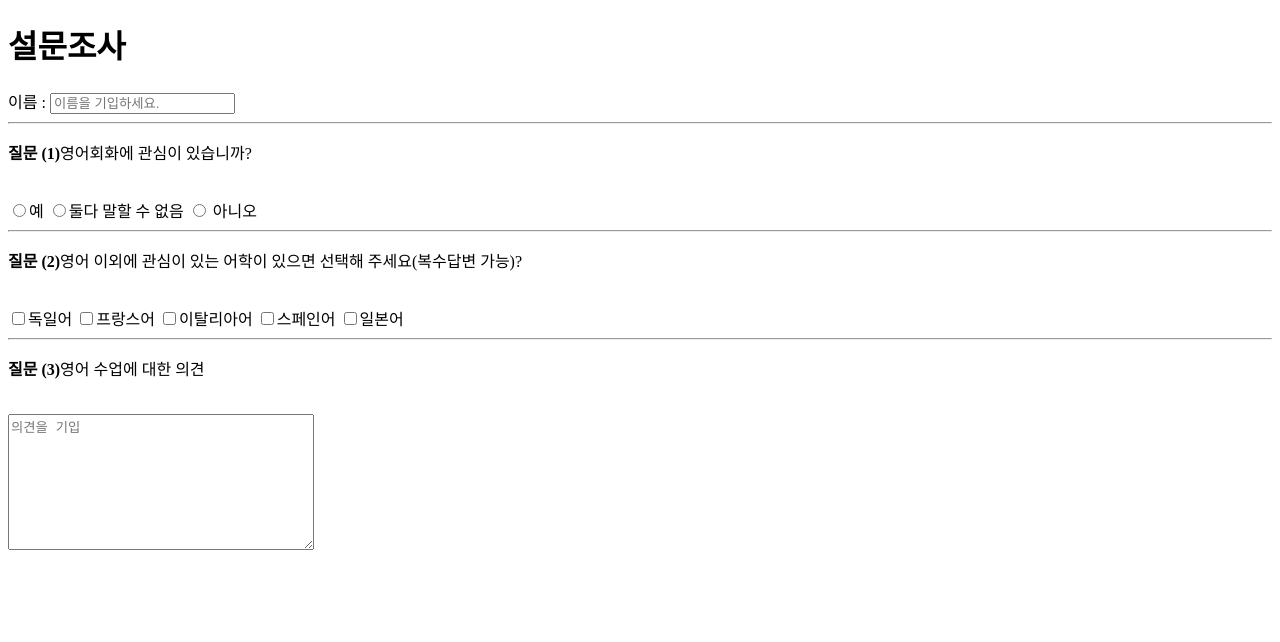
Repository: suhong99/htmlLecture
Page: cssWork1/src/main/webapp/indext5.html
The author's editor kept a copy of each file at every save. The page is drawn from the files as they stood at one save, then again after the next save.
The browser window is 1280 px wide. The pictures show the whole page.

Above is the page before, as saved 2023-06-22 07:28:57.

After the next save:
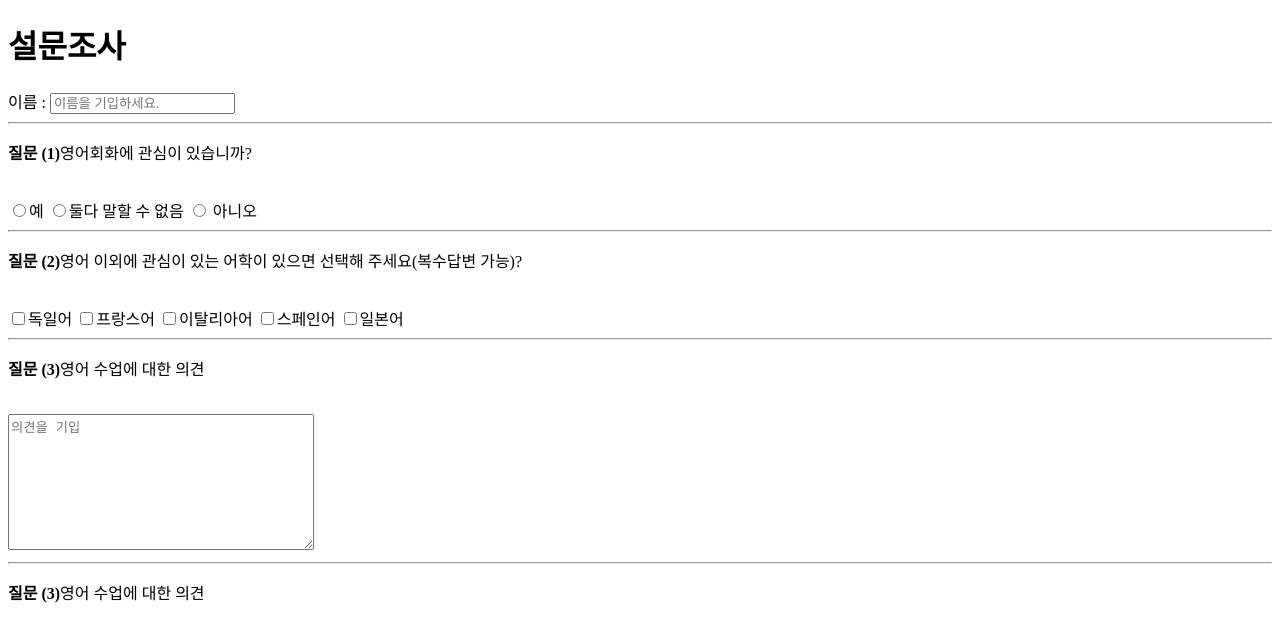
Saved 14 s later.
--- a/cssWork1/src/main/webapp/indext5.html
+++ b/cssWork1/src/main/webapp/indext5.html
@@ -30,6 +30,8 @@
 	<p><b>질문 (3)</b>영어 수업에 대한 의견</p>
 	<br>
 	<textarea style="width: 300px;height:130px" placeholder="의견을 기입"></textarea>
+	<hr>
+	<p><b>질문 (3)</b>영어 수업에 대한 의견</p>
 </form>
 </body>
 </html>
